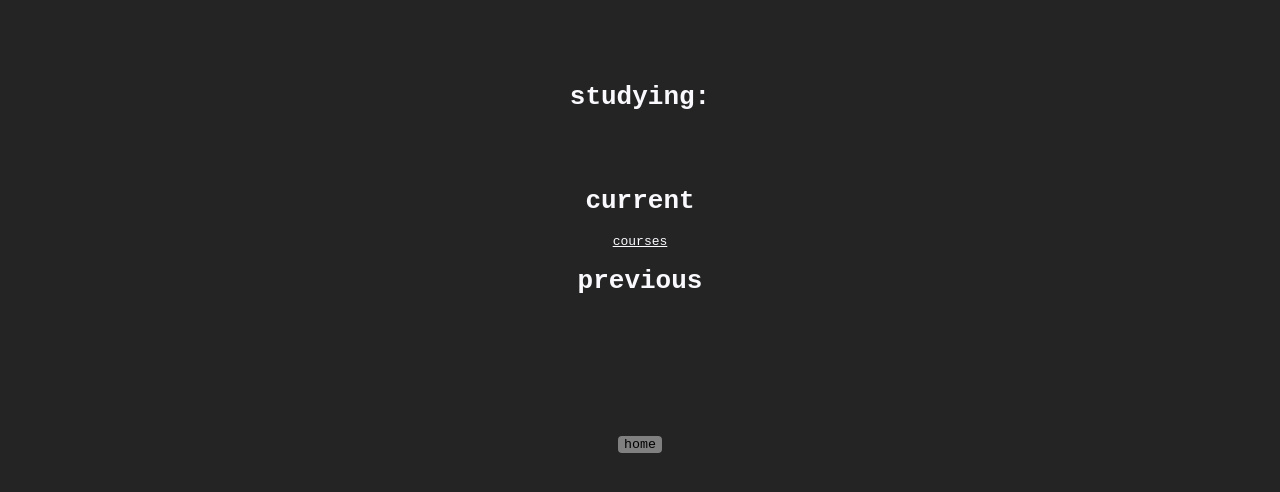
Repository: yellowspots/geneweb
Page: studying.html
These files come from the project's save history. The page is drawn as it stood at one moment and after a run of saves; the edit follows.
The browser window is 1280 px wide. The pictures show the whole page.

Above is the page before, as saved 2024-05-03 00:50:10.

### studying.html
<!DOCTYPE html>
<html>
    <link rel="stylesheet" type="text/css" href="styles.css">
<head>
    <title>courses</title>
</head>
<body>
    <div style="text-align: center; display: flex; align-items: center; justify-content: center; height: 20vh;">
        <h1>studying:</h1>
    </div>
    <div style="text-align: center; display: flex; flex-direction: column; align-items: center; justify-content: center; height: 20vh;">
        <h1>current</h1>
        <a href="courses.html">courses</a>
        <h1>previous</h1>
    </div>
</body>
<footer>
    <button class="home-button" onclick="window.location.href='index.html'">
        <span>home</span>
    </button>
</footer>
</html>

### styles.css
body {
    background: rgb(36, 36, 36);
    text-align: center;
    margin: 0;
    padding: 25px;
}

#worldmap {
    margin: 20px;
}

#worldmap svg {
    background: rgba(68, 71, 72, 0.4);
    border-radius: 200px;
    box-shadow: 0 0 10px rgba(0, 0, 0, 0.4);
}

.land {
    fill: rgba(143, 142, 142, 0.94);
}

#globesarecool {
    color: #8a8992;
    text-shadow: 0 0 10px rgba(210, 210, 210, 0.4);
}

h1, h2, a, p {
    color: rgb(250, 250, 254);
    font-family: monospace;
}

.my-button {
    background-color: #656161;
    color: #252424;
    border: none;
    padding: 10px 20px;
    font-family: monospace;
    text-align: center;
    text-decoration: none;
    display: inline-block;
    font-size: 16px;
    cursor: pointer;
    border-radius: 6px;
    margin-bottom: 10px;
    margin-right: 1.0%;
    max-width: 175px;
    width: 100%;
    max-height: 60px;
    overflow: hidden;
    white-space: nowrap;

}

.home-button {
    width: auto;
    font-family: monospace;
    cursor: pointer;
    max-width: 160px;
    border: none;
    background-color: grey;
    box-sizing: border-box;
    white-space: nowrap;
    overflow: hidden;
    border-radius: 4px;
    margin-top: 10%;
    text-overflow: ellipsis;
}


@media only screen and (max-width: 600px) {
    .my-button {
        flex-direction: row !important;
        flex-wrap: wrap;
        justify-content: center;
    }
}


@media only screen and (max-width: 600px) {
    h2, #globesarecool {
        font-size: 4vw; /* Reduce font size on smaller screens */
    }
}

After the next 2 saves:
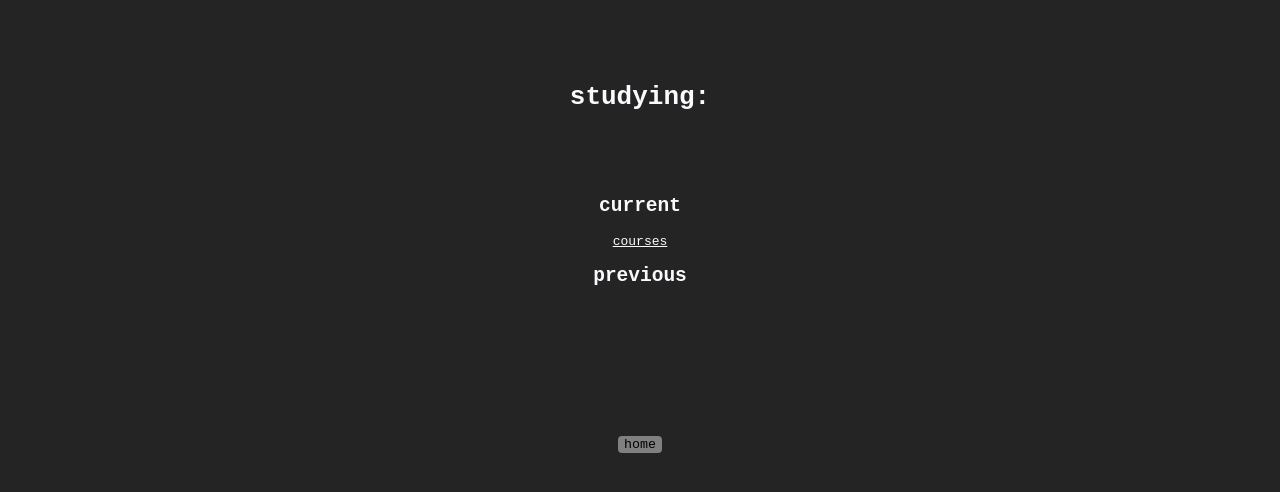
The 2 saves are shown as one change because they came seconds apart.
The last was saved 8 s later.
--- a/studying.html
+++ b/studying.html
@@ -9,9 +9,9 @@
         <h1>studying:</h1>
     </div>
     <div style="text-align: center; display: flex; flex-direction: column; align-items: center; justify-content: center; height: 20vh;">
-        <h1>current</h1>
+        <h2>current</h2>
         <a href="courses.html">courses</a>
-        <h1>previous</h1>
+        <h2>previous</h2>
     </div>
 </body>
 <footer>
